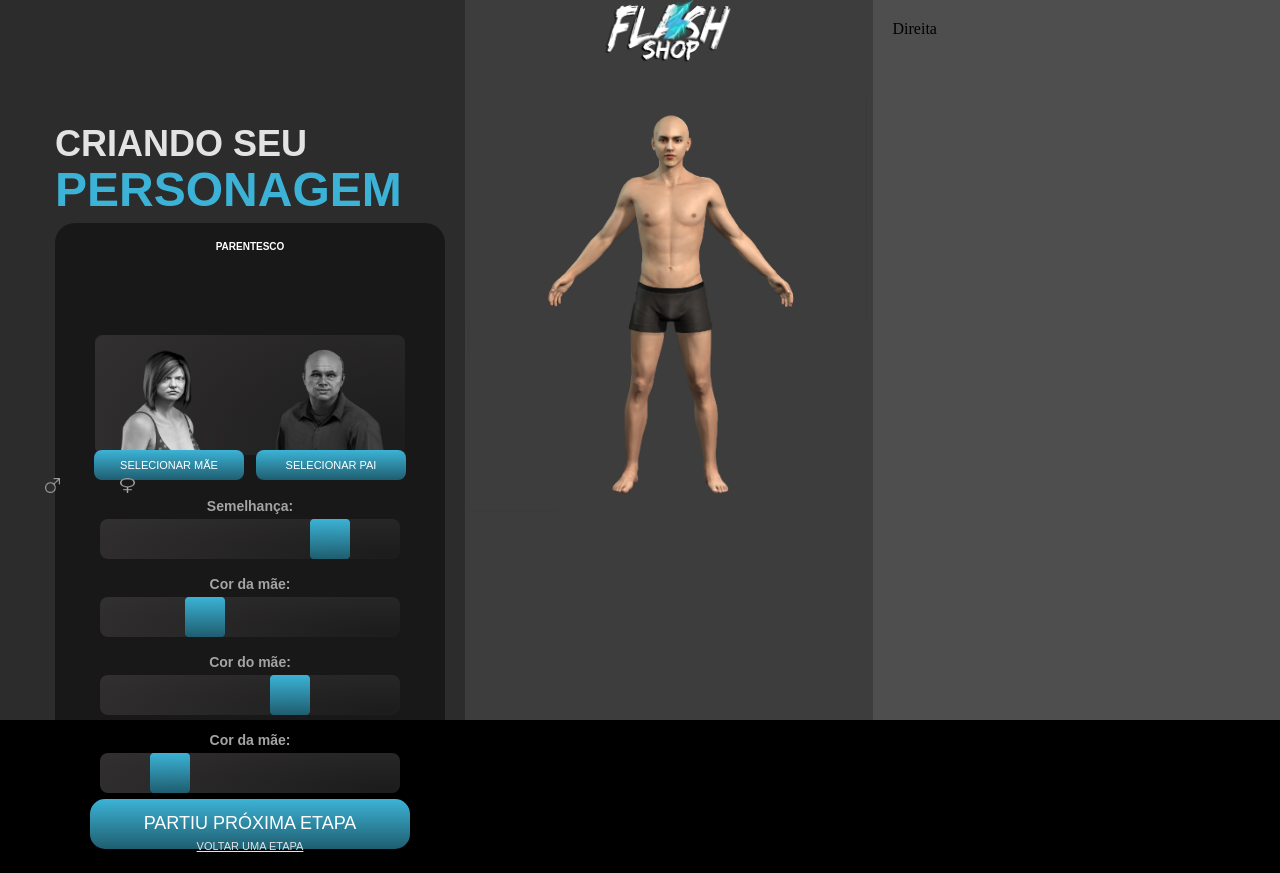
Repository: DuMCorrea/CriandoPerso
Page: index.html
The author's editor kept a copy of each file at every save. The page is drawn from the files as they stood at one save, then again after the next save.
The browser window is 1280 px wide. The pictures show the whole page.

Above is the page before, as saved 2024-08-29 16:19:06.

After the next save:
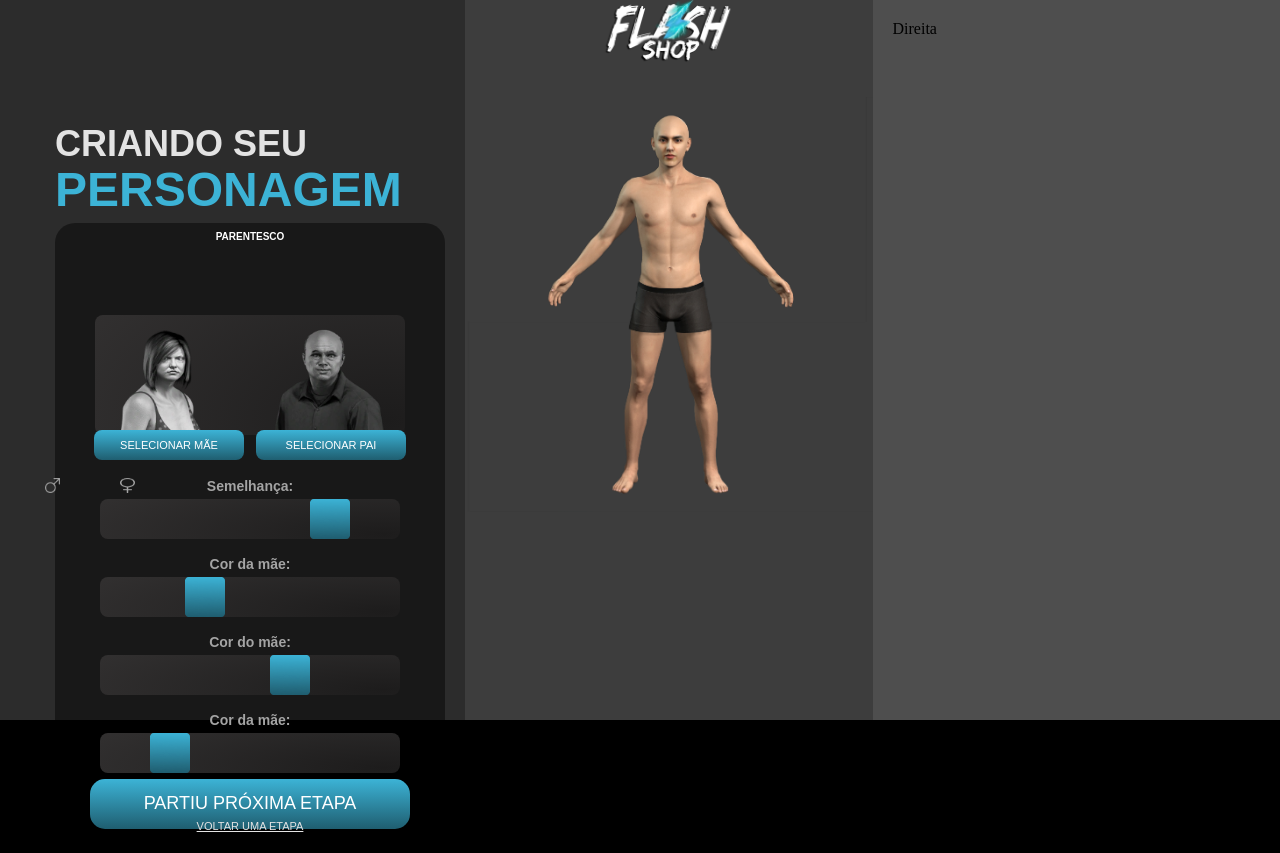
Saved 38 s later.
--- a/styles.css
+++ b/styles.css
@@ -258,8 +258,6 @@
     width: 100%; /* Largura completa do contêiner pai */
     color: #FFFFFF; /* Cor do texto, ajuste se necessário */
     text-align: center; /* Centraliza o texto */
-    padding: 10px 0; /* Espaçamento interno para o título */
-    border-radius: 8px 8px 0 0; /* Bordas arredondadas no topo */
     font-family: 'Baloo Bhai', sans-serif;
     font-size: 10px; /* Tamanho do texto */
     font-weight: 700; /* Peso da fonte */
